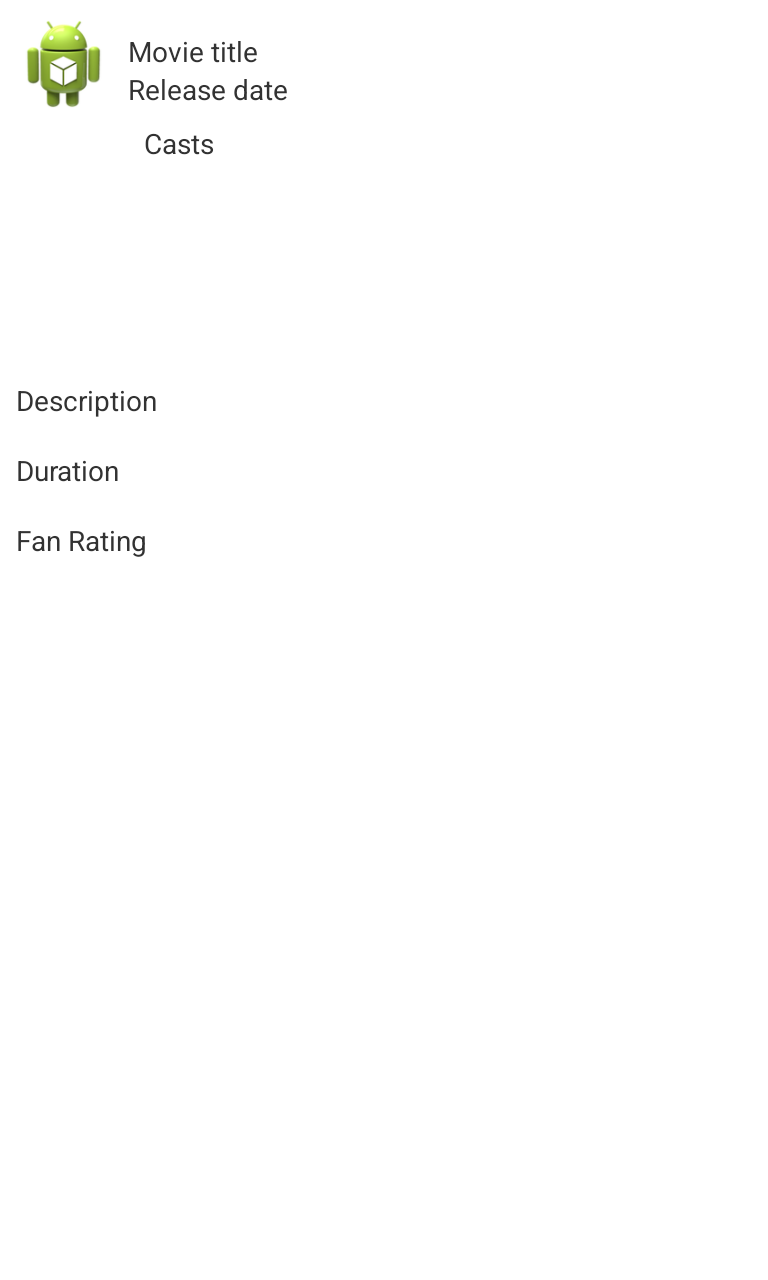
Repository: movieexample12/movieexample
Layout: Movies5/res/layout/details.xml
These files come from the project's save history. The layout is drawn as it stood at one moment and after the next save; the edit follows.
It is drawn on a 768 x 1280 px phone screen (xhdpi) without system bars, with theme AppTheme; the app's code is not run.

Above is the layout before, as saved 2013-01-10 11:08:25.

### Movies5/res/layout/details.xml
<?xml version="1.0" encoding="utf-8"?>
<LinearLayout android:id="@+id/activity_details"
    xmlns:android="http://schemas.android.com/apk/res/android"
    android:orientation="vertical"
    android:layout_height="match_parent"
    android:layout_width="match_parent">

    <LinearLayout android:layout_width="match_parent"
	    android:layout_height="wrap_content"
	    android:orientation="horizontal"
	    android:padding="8dp" >
	    <ImageView
	        android:id="@+id/poster"
		    android:layout_width="wrap_content"
		    android:layout_height="wrap_content"
		    android:src="@drawable/ic_launcher"
		    android:contentDescription="@drawable/ic_launcher" />
	    <LinearLayout android:layout_width="match_parent"
		    android:layout_height="wrap_content"
		    android:orientation="vertical"
		    android:padding="8dp" >
		    <TextView
		        android:id="@+id/title"
		        android:layout_width="match_parent"
		        android:layout_height="match_parent"
		        android:gravity="center_vertical"
		        android:text="@string/title"/>
		    <TextView
		        android:id="@+id/release"
		        android:layout_width="match_parent"
		        android:layout_height="match_parent"
		        android:gravity="center_vertical"
		        android:text="@string/release_date"/>
		    <TextView
		        android:padding="8dp"
		        android:id="@+id/casts_title"
		        android:layout_width="match_parent"
		        android:layout_height="wrap_content"
		        android:gravity="center_vertical"
			    android:text="@string/casts_title"/>
		    <TextView
		        android:padding="8dp"
		        android:id="@+id/casts"
		        android:layout_width="match_parent"
		        android:layout_height="wrap_content"
		        android:gravity="center_vertical"/>
	    </LinearLayout>
	    <Button
	         android:layout_height="wrap_content"
		     android:layout_width="wrap_content"
		     android:text="@string/trailer_label"
		     android:onClick="watchTrailer"
	        />
    </LinearLayout>

    <TextView
        android:padding="8dp"
        android:id="@+id/description"
        android:layout_width="match_parent"
        android:layout_height="wrap_content"
        android:gravity="center_vertical"
	    android:text="@string/description"
	    />

	<LinearLayout android:layout_width="match_parent"
	    android:layout_height="wrap_content"
	    android:orientation="horizontal"
	    android:gravity="top"
	    android:padding="8dp" >
		<TextView
	        android:layout_width="match_parent"
	        android:layout_height="wrap_content"
	        android:gravity="center_vertical"
		    android:text="@string/duration"
		    />
	    <TextView
	        android:id="@+id/runtime"
	        android:layout_width="match_parent"
	        android:layout_height="wrap_content"
	        android:gravity="center_vertical"/>
	</LinearLayout>

	<LinearLayout android:layout_width="match_parent"
	    android:layout_height="wrap_content"
	    android:orientation="horizontal"
	    android:padding="8dp"
	    android:gravity="top" >
		<TextView
	        android:layout_width="match_parent"
	        android:layout_height="wrap_content"
	        android:gravity="center_vertical"
		    android:text="@string/rating"/>
	    <TextView
	        android:id="@+id/rating"
	        android:layout_width="match_parent"
	        android:layout_height="wrap_content"
	        android:gravity="center_vertical"/>
	</LinearLayout>
</LinearLayout>

### Movies5/res/values/strings.xml
<?xml version="1.0" encoding="utf-8"?>
<resources>

    <string name="title">Movie title</string>
    <string name="duration">Duration</string>
    <string name="app_name">movies</string>
    <string name="error_loading_items">An error happened while loading data</string>
    <string name="loading">Loading&#8230;</string>
    <string name="release_date">Release date</string>
    <string name="actors">Actors</string>
	<string name="description">Description</string>
    <string name="search_hint">Search&#8230;</string>
    <string name="app_label">Movies</string>
    <string name="search_title">Search</string>
    <string name="storage_is_external">External storage</string>
    <string name="preferences_title">Settings</string>
    <string name="rblanguage_en">EN</string>
    <string name="rblanguage_ua">UA</string>
    <string name="limitOfMovies">Limit of movies</string>
    <string name="limit_button">Set Limit</string>
    <string name="ok">OK</string>
    <string name="title_dialog">Limit should be &lt;5 and &gt;20! Now it will be set to 10. </string>
    <string name="external_device_does_not_work">External device does not work. </string>
    <string name="trailer_label">Trailer</string>
    <string name="no_trailer_label">There are no trailer for this movie.</string>
    <string name="cinema_details">Details of cinema</string>
    <string name="tickets">Tickets</string>
    <string name="display_options_menu_item">Options</string>
    <string name="display_options_custom_button">Options Custom</string>
    <string name="pref_language">Language</string>
    <string name="pref_language_default">EN</string>
    <string name="settings">Settings</string>
    <string name="getting_movie_">Getting movie: </string>
    <string name="casts_title">Casts</string>
    <string name="rating">Fan Rating</string>
    <string name="theaters">Theaters</string>
    <string name="distance_gps">Distance(for GPS)</string>

</resources>

Loaded but not shown: Movies5/res/values/styles.xml (common file); Movies5/res/values-v11/styles.xml (common file); Movies5/res/values-v14/styles.xml (common file)

After the next save:
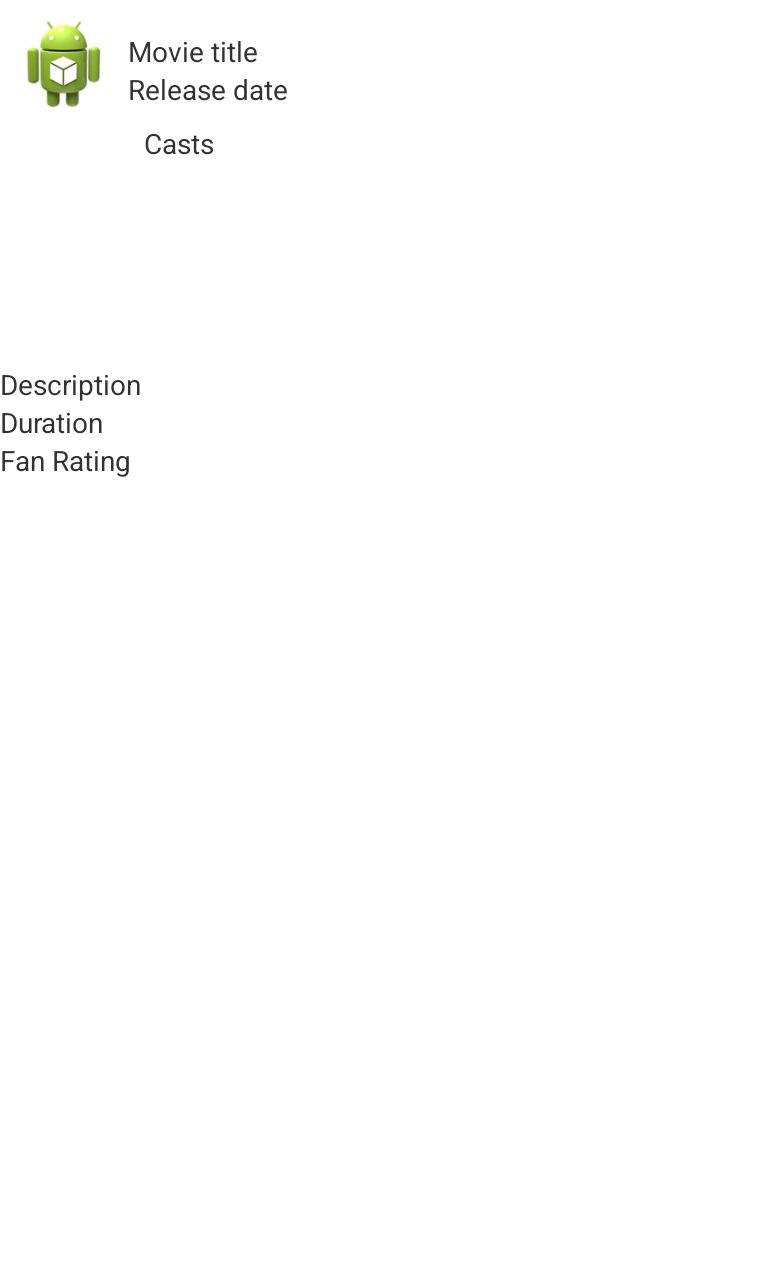
Saved 17 s later.
--- a/Movies5/res/layout/details.xml
+++ b/Movies5/res/layout/details.xml
@@ -54,7 +54,6 @@
     </LinearLayout>
 
     <TextView
-        android:padding="8dp"
         android:id="@+id/description"
         android:layout_width="match_parent"
         android:layout_height="wrap_content"
@@ -65,8 +64,7 @@
 	<LinearLayout android:layout_width="match_parent"
 	    android:layout_height="wrap_content"
 	    android:orientation="horizontal"
-	    android:gravity="top"
-	    android:padding="8dp" >
+	    android:gravity="top" >
 		<TextView
 	        android:layout_width="match_parent"
 	        android:layout_height="wrap_content"
@@ -83,7 +81,6 @@
 	<LinearLayout android:layout_width="match_parent"
 	    android:layout_height="wrap_content"
 	    android:orientation="horizontal"
-	    android:padding="8dp"
 	    android:gravity="top" >
 		<TextView
 	        android:layout_width="match_parent"
